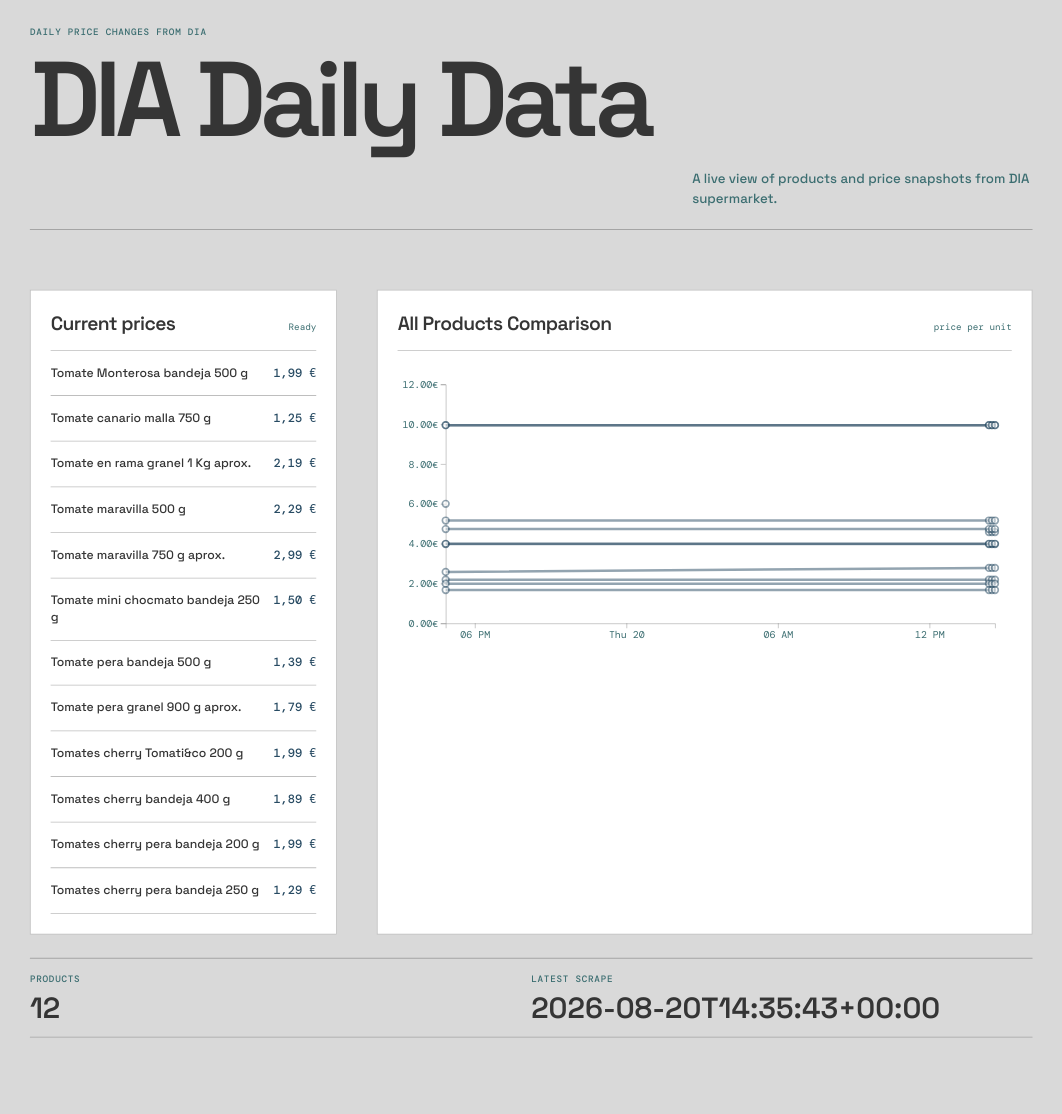
Repository: lloop/dia-daily-data
Page: http://localhost/
An editor plug-in stored every save of this project. The page is shown before and after the next save, followed by the edit.
The browser window is 1280 px wide. The pictures show the whole page, at 83% of full size.
The page is served by the project's application, run on Flask 3 (app.py). Other server files are loaded and not shown. The page reads the database file committed with the project.

Above is the page before, as saved 2026-08-20 17:36:01.

### templates/index.html
<!doctype html>
<html lang="en">
<head>
  <meta charset="utf-8">
  <meta name="viewport" content="width=device-width, initial-scale=1">
  <title>Daily Price Changes From DIA</title>
  <link rel="stylesheet" href="{{ url_for('static', filename='styles.css') }}">
</head>
<body>
  <main class="dashboard">
    <header class="dashboard__header">
      <p class="eyebrow">Daily Price Changes From DIA</p>
      <h1>DIA Daily Data</h1>
      <p class="lede">A live view of products and price snapshots from DIA supermarket.</p>
    </header>

    <section class="content-grid">
      <div class="panel">
        <div class="panel__heading">
          <h2>Current prices</h2>
          <span id="status">Loading...</span>
        </div>
        <div id="product-list" class="product-list"></div>
      </div>

      <div class="panel panel--chart">
        <div class="panel__heading">
          <h2 id="chart-title">Price history</h2>
          <span id="chart-unit"></span>
        </div>
        <svg id="price-chart" role="img" aria-label="Selected product price history"></svg>
        <p id="empty-chart" class="empty-state">Select a product to inspect its price history.</p>
      </div>
    </section>

    <section class="summary" aria-label="Database summary">
      <div><span class="summary__label">Products</span><strong id="product-count">-</strong></div>
      <div><span class="summary__label">Latest scrape</span><strong id="latest-scrape">-</strong></div>
    </section>

  </main>

  <script src="https://cdn.jsdelivr.net/npm/d3@7"></script>
  <script src="{{ url_for('static', filename='app.js') }}"></script>
</body>
</html>

### app.py
"""Flask server for exploring scraped DIA product and price data."""

import json
import sqlite3
from pathlib import Path

from flask import Flask, jsonify, render_template

from config import DATABASE_FILE


def create_app(database_path=None):
    """Create the Flask application, optionally using a test database."""
    app = Flask(__name__)
    app.config['DATABASE_FILE'] = Path(database_path or DATABASE_FILE)

    def query_database(query, parameters=()):
        database_file = app.config['DATABASE_FILE']
        if not database_file.exists():
            return []

        with sqlite3.connect(database_file) as connection:
            connection.row_factory = sqlite3.Row
            return [dict(row) for row in connection.execute(query, parameters)]

    @app.get('/')
    def index():
        return render_template('index.html')

    @app.get('/api/products')
    def products():
        rows = query_database(
            """
            SELECT
                products.id,
                products.name,
                products.item_type,
                products.metadata_json,
                latest.price,
                latest.currency,
                latest.raw_price_per_unit,
                latest.unit_price_eur,
                latest.availability,
                latest.scraped_at
            FROM products
            LEFT JOIN price_logs AS latest
                ON latest.id = (
                    SELECT price_logs.id
                    FROM price_logs
                    WHERE price_logs.product_id = products.id
                    ORDER BY price_logs.scraped_at DESC, price_logs.id DESC
                    LIMIT 1
                )
            ORDER BY products.name
            """
        )

        for row in rows:
            row['metadata'] = json.loads(row.pop('metadata_json') or '{}')

        return jsonify(rows)

    @app.get('/api/products/<int:product_id>/price-history')
    def price_history(product_id):
        rows = query_database(
            """
            SELECT price, currency, raw_price_per_unit, unit_price_eur,
                   availability, scraped_at
            FROM price_logs
            WHERE product_id = ?
            ORDER BY scraped_at, id
            """,
            (product_id,),
        )
        return jsonify(rows)

    return app


app = create_app()


if __name__ == '__main__':
    app.run(debug=True)

### static/styles.css
@import url('https://fonts.googleapis.com/css2?family=DM+Mono:wght@400;500&family=Space+Grotesk:wght@400;500;600;700&display=swap');

:root {
  color-scheme: light;
  --font-display: 'Space Grotesk', 'Helvetica Neue', Arial, sans-serif;
  --font-mono: 'DM Mono', 'Courier New', monospace;
  --graphite: #353535;
  --stormy-teal: #3c6e71;
  --white: #ffffff;
  --alabaster-grey: #d9d9d9;
  --yale-blue: #284b63;
  --ink: var(--graphite);
  --muted: var(--stormy-teal);
  --paper: var(--alabaster-grey);
  --panel: var(--white);
  --line: rgba(53, 53, 53, 0.32);
  --accent: var(--yale-blue);
  --accent-soft: rgba(60, 110, 113, 0.12);
}

* { box-sizing: border-box; }
body { margin: 0; background: var(--paper); color: var(--ink); font-family: var(--font-display); }
.dashboard { max-width: 1440px; margin: 0 auto; padding: 32px 36px 64px; }
.dashboard__header { max-width: none; margin-bottom: 72px; padding-bottom: 24px; border-bottom: 1px solid var(--line); }
.eyebrow, .summary__label, #status, #chart-unit { font: 500 0.7rem/1.2 var(--font-mono); letter-spacing: 0.08em; text-transform: uppercase; }
.eyebrow { color: var(--stormy-teal); margin: 0 0 20px; }
h1 { max-width: 900px; font-size: clamp(3.4rem, 10vw, 9rem); line-height: 0.86; margin: 0 0 28px; font-weight: 600; letter-spacing: -0.06em; }
.lede { max-width: 410px; color: var(--muted); font: 500 1rem/1.5 var(--font-display); margin: 0 0 0 auto; }
.summary { display: flex; gap: 0; margin-bottom: 28px; border-top: 1px solid var(--line); border-bottom: 1px solid var(--line); }
.summary > div { flex: 1; background: transparent; border: 0; border-radius: 0; padding: 18px 20px 18px 0; box-shadow: none; }
.summary__label { display: block; color: var(--muted); margin-bottom: 10px; }
.summary strong { font-size: 2.2rem; line-height: 1; font-weight: 600; }
.content-grid { display: grid; grid-template-columns: minmax(280px, 0.75fr) minmax(420px, 1.6fr); gap: 48px; margin-bottom: 28px; }
.panel { background: var(--panel); border: 1px solid var(--line); border-radius: 0; padding: 24px; min-height: 420px; box-shadow: none; }
.panel__heading { display: flex; align-items: baseline; justify-content: space-between; gap: 16px; border-bottom: 1px solid var(--line); padding-bottom: 18px; }
h2 { font-size: 1.45rem; font-weight: 600; letter-spacing: -0.03em; margin: 0; }
#status, #chart-unit { color: var(--muted); letter-spacing: 0; text-transform: none; font-weight: 400; }
.product-list { display: grid; }
.product-button { display: flex; justify-content: space-between; gap: 16px; width: 100%; text-align: left; border: 0; border-bottom: 1px solid var(--line); background: transparent; color: inherit; padding: 17px 0; cursor: pointer; transition: background 160ms ease, padding 160ms ease; }
.product-button:hover, .product-button.is-selected { background: var(--accent-soft); padding-left: 12px; padding-right: 12px; }
.product-name { font: 500 0.92rem/1.35 var(--font-display); }
.product-price { white-space: nowrap; font: 500 0.9rem/1.35 var(--font-mono); color: var(--accent); }
#price-chart { width: 100%; height: 350px; margin-top: 20px; overflow: visible; }
.axis text { fill: var(--muted); font: 12px var(--font-mono); }
.axis path, .axis line { stroke: var(--line); }
.chart-line { fill: none; stroke: var(--accent); stroke-width: 3; }
.chart-dot { fill: var(--panel); stroke: var(--accent); stroke-width: 2; }
.empty-state { color: var(--muted); font: 400 0.95rem/1.5 var(--font-display); }
@media (max-width: 800px) { .dashboard { padding: 24px 16px 48px; } .dashboard__header { margin-bottom: 44px; } h1 { font-size: clamp(3.2rem, 17vw, 6rem); } .lede { margin-left: 0; } .content-grid { grid-template-columns: 1fr; gap: 20px; } .summary { flex-direction: column; } .summary > div { padding-right: 0; } .panel--chart { min-height: 360px; } }

### static/app.js
const state = { products: [], histories: {}, selectedId: null };

const productList = document.querySelector('#product-list');
const status = document.querySelector('#status');
const productCount = document.querySelector('#product-count');
const latestScrape = document.querySelector('#latest-scrape');
const chartTitle = document.querySelector('#chart-title');
const chartUnit = document.querySelector('#chart-unit');
const chart = d3.select('#price-chart');
const emptyChart = document.querySelector('#empty-chart');

// Color scale to give each tomato line a unique color
const colorScale = d3.scaleOrdinal(d3.schemeCategory10);

function formatPrice(value, currency = 'EUR') {
  if (value === null || value === undefined) return 'No price';
  return new Intl.NumberFormat('es-ES', { style: 'currency', currency }).format(value);
}

function renderProducts() {
  productList.replaceChildren();
  state.products.forEach(product => {
    const button = document.createElement('button');
    button.className = 'product-button';
    button.dataset.productId = product.id;
    button.innerHTML = `<span class="product-name">${product.name}</span><span class="product-price">${formatPrice(product.price, product.currency)}</span>`;

    // Hover over sidebar button to highlight corresponding line on the chart
    button.addEventListener('mouseenter', () => highlightProduct(product.id));
    button.addEventListener('mouseleave', () => resetHighlight());

    // Click button to isolate/select product title
    button.addEventListener('click', () => selectProduct(product.id));
    productList.append(button);
  });
}

function drawChart() {
  const width = chart.node().clientWidth || 600;
  const height = 350;
  const margin = { top: 20, right: 20, bottom: 42, left: 58 };

  chart.attr('viewBox', `0 0 ${width} ${height}`).selectAll('*').remove();

  // Combine all product histories into arrays for plotting
  const allSeries = state.products.map(product => {
    const rawHistory = state.histories[product.id] || [];
    return {
      product,
      values: rawHistory.map(item => ({ ...item, date: new Date(item.scraped_at) }))
    };
  }).filter(series => series.values.length > 0);

  const hasData = allSeries.length > 0;
  emptyChart.hidden = hasData;
  chartUnit.textContent = hasData ? 'price per unit' : '';
  if (!hasData) return;

  // Flatten values across all products to calculate global X and Y domains
  const allPoints = allSeries.flatMap(s => s.values);
  const x = d3.scaleTime()
    .domain(d3.extent(allPoints, d => d.date))
    .range([margin.left, width - margin.right]);

  const y = d3.scaleLinear()
    .domain([0, d3.max(allPoints, d => d.unit_price_eur) * 1.15 || 1])
    .nice()
    .range([height - margin.bottom, margin.top]);

  const line = d3.line()
    .x(d => x(d.date))
    .y(d => y(d.unit_price_eur));

  // Axes
  chart.append('g')
    .attr('class', 'axis')
    .attr('transform', `translate(0,${height - margin.bottom})`)
    .call(d3.axisBottom(x).ticks(5));

  chart.append('g')
    .attr('class', 'axis')
    .attr('transform', `translate(${margin.left},0)`)
    .call(d3.axisLeft(y).ticks(5).tickFormat(value => `${value.toFixed(2)}€`));

  // Render Overlaid Lines (50% Opacity)
  allSeries.forEach(series => {
    const lineColor = colorScale(series.product.id);

    chart.append('path')
      .datum(series.values)
      .attr('class', `chart-line line-product-${series.product.id}`)
      .attr('d', line)
      .attr('fill', 'none')
      .attr('stroke', lineColor)
      .attr('stroke-width', 2)
      .attr('opacity', 0.5);

    // Data points for hover feedback
    chart.selectAll(`.chart-dot-${series.product.id}`)
      .data(series.values)
      .join('circle')
      .attr('class', `chart-dot chart-dot-${series.product.id}`)
      .attr('r', 4)
      .attr('cx', item => x(item.date))
      .attr('cy', item => y(item.unit_price_eur))
      .attr('fill', lineColor)
      .attr('opacity', 0.5)
      .on('mouseenter', () => highlightProduct(series.product.id))
      .on('mouseleave', () => resetHighlight())
      .append('title')
      .text(item => `${series.product.name}\n${formatPrice(item.unit_price_eur)} - ${item.scraped_at}`);
  });
}

function highlightProduct(productId) {
  // Dim all lines to 15% opacity, highlight selected line at 100% opacity
  chart.selectAll('.chart-line')
    .attr('opacity', 0.15)
    .attr('stroke-width', 2);

  chart.selectAll('.chart-dot')
    .attr('opacity', 0.15);

  chart.selectAll(`.line-product-${productId}`)
    .attr('opacity', 1)
    .attr('stroke-width', 4);

  chart.selectAll(`.chart-dot-${productId}`)
    .attr('opacity', 1);
}

function resetHighlight() {
  // Restore all lines to 50% opacity
  chart.selectAll('.chart-line')
    .attr('opacity', 0.5)
    .attr('stroke-width', 2);

  chart.selectAll('.chart-dot')
    .attr('opacity', 0.5);
}

function selectProduct(productId) {
  state.selectedId = productId;
  document.querySelectorAll('.product-button').forEach(button => {
    button.classList.toggle('is-selected', Number(button.dataset.productId) === productId);
  });
  const product = state.products.find(item => item.id === productId);
  if (product) {
    chartTitle.textContent = product.name;
  }
}

async function loadProducts() {
  const response = await fetch('/api/products');
  state.products = await response.json();
  productCount.textContent = state.products.length;
  latestScrape.textContent = state.products.reduce((latest, item) => item.scraped_at > latest ? item.scraped_at : latest, '-') || '-';
  status.textContent = state.products.length ? 'Loading history...' : 'No database records';

  renderProducts();

  // Fetch price history for all products in parallel
  const historyPromises = state.products.map(product =>
    fetch(`/api/products/${product.id}/price-history`)
      .then(res => res.json())
      .then(data => { state.histories[product.id] = data; })
  );

  await Promise.all(historyPromises);

  status.textContent = state.products.length ? 'Ready' : 'No database records';
  chartTitle.textContent = 'All Products Comparison';
  drawChart();
}

loadProducts().catch(error => {
  status.textContent = 'Unable to load data';
  console.error(error);
});

### output/dia_products.sqlite3 (the tables this page reads, as SQL)
CREATE TABLE price_logs (
    id INTEGER PRIMARY KEY,
    product_id INTEGER NOT NULL,
    price REAL,
    currency TEXT,
    raw_price_per_unit TEXT,
    unit_price_eur REAL,
    availability TEXT,
    scraped_at DATETIME NOT NULL,
    FOREIGN KEY (product_id) REFERENCES products(id)
);
INSERT INTO "price_logs" VALUES
(1, 1, 1.29, 'EUR', '(2,58 €/KILO)', 2.58, 'https://schema.org/InStock', '2026-08-19T16:50:45+00:00'),
(2, 2, 2.19, 'EUR', '(2,19 €/KILO)', 2.19, 'https://schema.org/InStock', '2026-08-19T16:50:45+00:00'),
(3, 3, 1.99, 'EUR', '(9,95 €/KILO)', 9.95, 'https://schema.org/InStock', '2026-08-19T16:50:45+00:00'),
(4, 4, 1.29, 'EUR', '(5,16 €/KILO)', 5.16, 'https://schema.org/InStock', '2026-08-19T16:50:45+00:00'),
(5, 5, 1.79, 'EUR', '(1,99 €/KILO)', 1.99, 'https://schema.org/InStock', '2026-08-19T16:50:45+00:00'),
(6, 6, 1.89, 'EUR', '(4,73 €/KILO)', 4.73, 'https://schema.org/InStock', '2026-08-19T16:50:45+00:00'),
(7, 7, 1.99, 'EUR', '(3,98 €/KILO)', 3.98, 'https://schema.org/InStock', '2026-08-19T16:50:45+00:00'),
(8, 8, 1.25, 'EUR', '(1,67 €/KILO)', 1.67, 'https://schema.org/InStock', '2026-08-19T16:50:45+00:00'),
(9, 9, 2.99, 'EUR', '(3,99 €/KILO)', 3.99, 'https://schema.org/OutOfStock', '2026-08-19T16:50:45+00:00'),
(10, 10, 1.5, 'EUR', '(6,00 €/KILO)', 6.0, 'https://schema.org/InStock', '2026-08-19T16:50:45+00:00'),
(11, 11, 1.99, 'EUR', '(9,95 €/KILO)', 9.95, 'https://schema.org/InStock', '2026-08-19T16:50:45+00:00'),
(12, 1, 1.39, 'EUR', '(2,78 €/KILO)', 2.78, 'https://schema.org/InStock', '2026-08-20T14:21:22+00:00'),
(13, 2, 2.19, 'EUR', '(2,19 €/KILO)', 2.19, 'https://schema.org/InStock', '2026-08-20T14:21:22+00:00'),
(14, 3, 1.99, 'EUR', '(9,95 €/KILO)', 9.95, 'https://schema.org/InStock', '2026-08-20T14:21:22+00:00'),
(15, 4, 1.29, 'EUR', '(5,16 €/KILO)', 5.16, 'https://schema.org/InStock', '2026-08-20T14:21:22+00:00'),
(16, 5, 1.79, 'EUR', '(1,99 €/KILO)', 1.99, 'https://schema.org/InStock', '2026-08-20T14:21:22+00:00'),
(17, 6, 1.89, 'EUR', '(4,73 €/KILO)', 4.73, 'https://schema.org/InStock', '2026-08-20T14:21:22+00:00'),
(18, 7, 1.99, 'EUR', '(3,98 €/KILO)', 3.98, 'https://schema.org/InStock', '2026-08-20T14:21:22+00:00'),
(19, 8, 1.25, 'EUR', '(1,67 €/KILO)', 1.67, 'https://schema.org/InStock', '2026-08-20T14:21:22+00:00'),
(20, 9, 2.99, 'EUR', '(3,99 €/KILO)', 3.99, 'https://schema.org/OutOfStock', '2026-08-20T14:21:22+00:00'),
(21, 11, 1.99, 'EUR', '(9,95 €/KILO)', 9.95, 'https://schema.org/InStock', '2026-08-20T14:21:22+00:00'),
(22, 12, 2.29, 'EUR', '(4,58 €/KILO)', 4.58, 'https://schema.org/InStock', '2026-08-20T14:21:22+00:00'),
(23, 1, 1.39, 'EUR', '(2,78 €/KILO)', 2.78, 'https://schema.org/InStock', '2026-08-20T14:28:25+00:00'),
(24, 2, 2.19, 'EUR', '(2,19 €/KILO)', 2.19, 'https://schema.org/InStock', '2026-08-20T14:28:25+00:00'),
(25, 3, 1.99, 'EUR', '(9,95 €/KILO)', 9.95, 'https://schema.org/InStock', '2026-08-20T14:28:25+00:00'),
(26, 4, 1.29, 'EUR', '(5,16 €/KILO)', 5.16, 'https://schema.org/InStock', '2026-08-20T14:28:25+00:00'),
(27, 5, 1.79, 'EUR', '(1,99 €/KILO)', 1.99, 'https://schema.org/InStock', '2026-08-20T14:28:25+00:00'),
(28, 6, 1.89, 'EUR', '(4,73 €/KILO)', 4.73, 'https://schema.org/InStock', '2026-08-20T14:28:25+00:00'),
(29, 7, 1.99, 'EUR', '(3,98 €/KILO)', 3.98, 'https://schema.org/InStock', '2026-08-20T14:28:25+00:00'),
(30, 8, 1.25, 'EUR', '(1,67 €/KILO)', 1.67, 'https://schema.org/InStock', '2026-08-20T14:28:25+00:00'),
(31, 9, 2.99, 'EUR', '(3,99 €/KILO)', 3.99, 'https://schema.org/OutOfStock', '2026-08-20T14:28:25+00:00'),
(32, 11, 1.99, 'EUR', '(9,95 €/KILO)', 9.95, 'https://schema.org/InStock', '2026-08-20T14:28:25+00:00'),
(33, 12, 2.29, 'EUR', '(4,58 €/KILO)', 4.58, 'https://schema.org/InStock', '2026-08-20T14:28:25+00:00'),
(34, 1, 1.39, 'EUR', '(2,78 €/KILO)', 2.78, 'https://schema.org/InStock', '2026-08-20T14:35:43+00:00'),
(35, 2, 2.19, 'EUR', '(2,19 €/KILO)', 2.19, 'https://schema.org/InStock', '2026-08-20T14:35:43+00:00'),
(36, 3, 1.99, 'EUR', '(9,95 €/KILO)', 9.95, 'https://schema.org/InStock', '2026-08-20T14:35:43+00:00'),
(37, 4, 1.29, 'EUR', '(5,16 €/KILO)', 5.16, 'https://schema.org/InStock', '2026-08-20T14:35:43+00:00'),
(38, 5, 1.79, 'EUR', '(1,99 €/KILO)', 1.99, 'https://schema.org/InStock', '2026-08-20T14:35:43+00:00'),
(39, 6, 1.89, 'EUR', '(4,73 €/KILO)', 4.73, 'https://schema.org/InStock', '2026-08-20T14:35:43+00:00'),
(40, 7, 1.99, 'EUR', '(3,98 €/KILO)', 3.98, 'https://schema.org/InStock', '2026-08-20T14:35:43+00:00'),
(41, 8, 1.25, 'EUR', '(1,67 €/KILO)', 1.67, 'https://schema.org/InStock', '2026-08-20T14:35:43+00:00'),
(42, 9, 2.99, 'EUR', '(3,99 €/KILO)', 3.99, 'https://schema.org/OutOfStock', '2026-08-20T14:35:43+00:00'),
(43, 11, 1.99, 'EUR', '(9,95 €/KILO)', 9.95, 'https://schema.org/InStock', '2026-08-20T14:35:43+00:00'),
(44, 12, 2.29, 'EUR', '(4,58 €/KILO)', 4.58, 'https://schema.org/InStock', '2026-08-20T14:35:43+00:00');

CREATE TABLE products (
    id INTEGER PRIMARY KEY,
    name TEXT UNIQUE NOT NULL,
    item_type TEXT,
    metadata_json TEXT NOT NULL
);
INSERT INTO "products" VALUES
(1, 'Tomate pera bandeja 500 g', 'Product', '{"type": "Product", "info_labels": ["Calibre: + 57MM-75MM", "Categoria: I", "Variedad: PERA", "Origen: PORTUGAL", "Tipo de producto: Tomates"]}'),
(2, 'Tomate en rama granel 1 Kg aprox.', 'Product', '{"type": "Product", "info_labels": ["Calibre: 57 + MM", "Categoria: I", "Variedad: RAMA", "Origen: VER ENVASE", "Tipo de producto: Tomates"]}'),
(3, 'Tomates cherry Tomati&co 200 g', 'Product', '{"type": "Product", "info_labels": ["Calibre: 18-35MM", "Categoria: I", "Variedad: VITALION", "Origen: ESPAÑA", "Tipo de producto: Tomates"]}'),
(4, 'Tomates cherry pera bandeja 250 g', 'Product', '{"type": "Product", "info_labels": ["Calibre: 17-35 MM", "Categoria: I", "Variedad: CHERRY PERA, ANGELLE", "Origen: ESPAÑA", "Tipo de producto: Tomates"]}'),
(5, 'Tomate pera granel 900 g aprox.', 'Product', '{"type": "Product", "info_labels": ["Calibre: 47-66MM", "Categoria: I", "Variedad: PERA", "Origen: PORTUGAL", "Tipo de producto: Tomates"]}'),
(6, 'Tomates cherry bandeja 400 g', 'Product', '{"type": "Product", "info_labels": ["Calibre: 18 MM - 32 MM", "Categoria: I", "Variedad: CHERRY REDONDO, KARELYA", "Origen: ESPAÑA", "Tipo de producto: Tomates"]}'),
(7, 'Tomate Monterosa bandeja 500 g', 'Product', '{"type": "Product", "info_labels": ["Calibre: +67MM-", "Categoria: I", "Variedad: MONTEROSA", "Origen: VER ENVASE", "Tipo de producto: Tomates"]}'),
(8, 'Tomate canario malla 750 g', 'Product', '{"type": "Product", "info_labels": ["Calibre: 47MM-66MM", "Categoria: I", "Variedad: -", "Origen: PORTUGAL", "Tipo de producto: Tomates"]}'),
(9, 'Tomate maravilla 750 g aprox.', 'Product', '{"type": "Product", "info_labels": ["Calibre: + 67MM", "Categoria: I", "Variedad: MARAVILLA", "Origen: ESPAÑA", "Tipo de producto: Tomates"]}'),
(10, 'Tomate mini chocmato bandeja 250 g', 'Product', '{"type": "Product", "info_labels": ["Calibre: 17-35MM", "Categoria: I", "Variedad: MINI CHOCMATO", "Origen: ESPAÑA", "Tipo de producto: Tomates"]}'),
(11, 'Tomates cherry pera bandeja 200 g', 'Product', '{"type": "Product", "info_labels": ["Calibre: 20-35 MM", "Categoria: I", "Variedad: CHERRY PERA LOBELLO", "Origen: ESPAÑA", "Tipo de producto: Tomates"]}'),
(12, 'Tomate maravilla 500 g', 'Product', '{"type": "Product", "info_labels": ["Calibre: 57 MM", "Categoria: I", "Variedad: MARAVILLA", "Origen: ESPAÑA", "Tipo de producto: Tomates"]}');

After the next save:
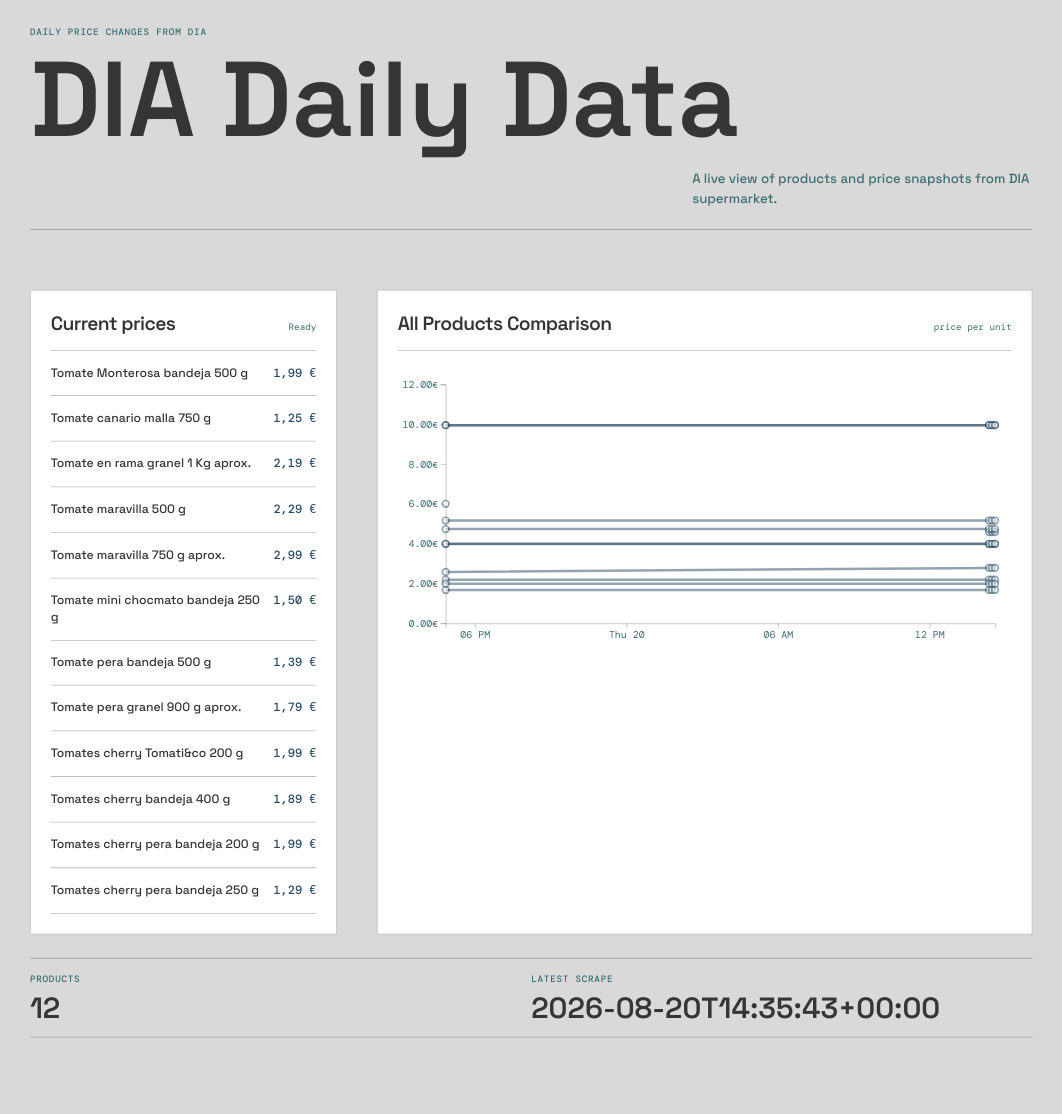
Saved 15 s later.
--- a/static/styles.css
+++ b/static/styles.css
@@ -24,7 +24,7 @@
 .dashboard__header { max-width: none; margin-bottom: 72px; padding-bottom: 24px; border-bottom: 1px solid var(--line); }
 .eyebrow, .summary__label, #status, #chart-unit { font: 500 0.7rem/1.2 var(--font-mono); letter-spacing: 0.08em; text-transform: uppercase; }
 .eyebrow { color: var(--stormy-teal); margin: 0 0 20px; }
-h1 { max-width: 900px; font-size: clamp(3.4rem, 10vw, 9rem); line-height: 0.86; margin: 0 0 28px; font-weight: 600; letter-spacing: -0.06em; }
+h1 { max-width: 900px; font-size: clamp(3.4rem, 10vw, 9rem); line-height: 0.86; margin: 0 0 28px; font-weight: 600; letter-spacing: 0; }
 .lede { max-width: 410px; color: var(--muted); font: 500 1rem/1.5 var(--font-display); margin: 0 0 0 auto; }
 .summary { display: flex; gap: 0; margin-bottom: 28px; border-top: 1px solid var(--line); border-bottom: 1px solid var(--line); }
 .summary > div { flex: 1; background: transparent; border: 0; border-radius: 0; padding: 18px 20px 18px 0; box-shadow: none; }
